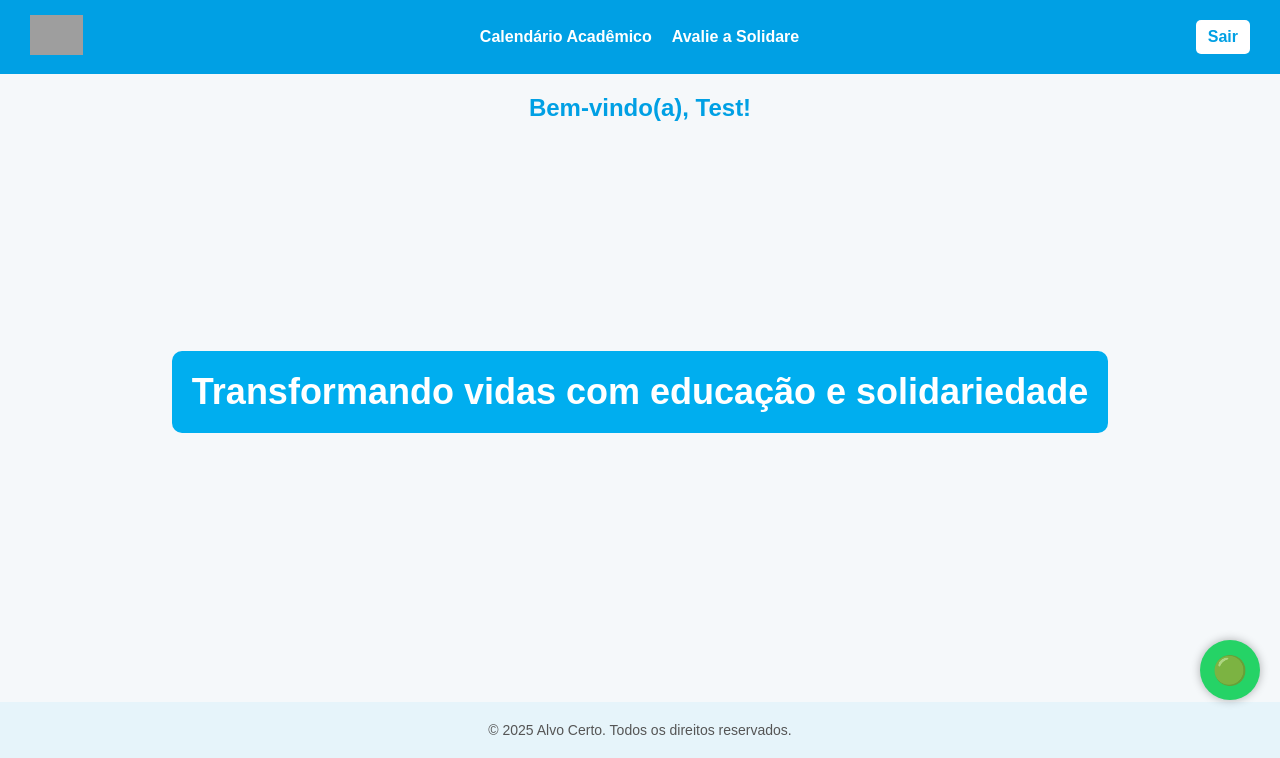
Repository: Guilherme-burle/Portal-do-Aluno-P2
Page: http://localhost/
These files come from the project's save history. The page is drawn as it stood at one moment and after the next save; the edit follows.
The browser window is 1280 px wide. The pictures show the whole page.
Pictures or frames that could not be fetched are drawn as grey boxes. The page is served by the project's application, run on Django 5.2 (PortaldoAluno/manage.py). A made-up administrator, testuser (Test User, test@example.com), is signed in. Other server files are loaded and not shown.

Above is the page before, as saved 2025-05-16 16:50:27.

### PortaldoAluno/Aplicativo/templates/home.html
<!DOCTYPE html>
<html lang="pt-BR">
<head>
  <meta charset="UTF-8">
  <title>Home - Alvo Certo</title>
  <style>
    * {
      box-sizing: border-box;
    }

    body {
      margin: 0;
      font-family: Arial, sans-serif;
      background-color: #f5f8fa;
    }

    header {
      background-color: #00a0e4;
      padding: 15px 30px;
      display: flex;
      align-items: center;
      justify-content: space-between;
      position: sticky;
      top: 0;
      z-index: 1000;
      flex-wrap: wrap;
    }

    .logo img {
      height: 40px;
    }

    nav ul {
      list-style: none;
      margin: 0;
      padding: 0;
      display: flex;
      gap: 20px;
    }

    nav ul li a {
      color: white;
      text-decoration: none;
      font-weight: bold;
      transition: color 0.3s ease;
    }

    nav ul li a:hover {
      color: #ccefff;
    }

    .auth-buttons {
      display: flex;
      gap: 10px;
    }

    .auth-buttons a {
      background-color: white;
      color: #00a0e4;
      padding: 8px 12px;
      border-radius: 5px;
      text-decoration: none;
      font-weight: bold;
    }

    .auth-buttons a:hover {
      background-color: #e6f4fa;
    }

    .banner {
      background-size: cover;
      background-position: center;
      height: 500px;
      display: flex;
      align-items: center;
      justify-content: center;
      color: white;
      text-align: center;
      animation: zoomIn 20s infinite alternate ease-in-out;
    }

    @keyframes zoomIn {
      from {
        background-size: 100%;
      }
      to {
        background-size: 110%;
      }
    }

    .banner h1 {
      background-color: rgb(0, 174, 239);
      padding: 20px;
      border-radius: 10px;
      font-size: 36px;
    }

    .whatsapp-float {
      position: fixed;
      bottom: 20px;
      right: 20px;
      background-color: #25d366;
      color: white;
      border-radius: 50%;
      width: 60px;
      height: 60px;
      display: flex;
      align-items: center;
      justify-content: center;
      font-size: 28px;
      box-shadow: 0 0 10px rgba(0,0,0,0.3);
      z-index: 999;
      text-decoration: none;
    }

    footer {
      background-color: #e6f4fa;
      text-align: center;
      padding: 20px;
      margin-top: 60px;
      font-size: 14px;
      color: #555;
    }

    @media (max-width: 768px) {
      nav ul {
        flex-wrap: wrap;
        gap: 10px;
        margin-top: 10px;
      }

      .auth-buttons {
        margin-top: 10px;
      }

      .banner h1 {
        font-size: 24px;
        padding: 10px;
      }
    }
  </style>
</head>
<body>

  <header>
    <div class="logo">
      <img src="https://i.imgur.com/7H8lMIL.png" alt="Logo Alvo Certo">
    </div>

    <nav>
      <ul>
        {% if user.is_authenticated %}
        <li><a href="{% url 'calendario' %}">Calendário Acadêmico</a></li>
        <li><a href="{% url 'avaliacao' %}">Avalie a Solidare</a></li>
        {% endif %}
      </ul>
    </nav>

    <div class="auth-buttons">
      {% if user.is_authenticated %}
        <a href="{% url 'logout' %}">Sair</a>
      {% else %}
        <a href="{% url 'login' %}">Login</a>
        <a href="{% url 'cadastro' %}">Cadastro</a>
      {% endif %}
    </div>
  </header>

  {% if user.is_authenticated %}
  <h2 style="text-align: center; color: #00a0e4; margin-top: 20px;">
    Bem-vindo(a), {{ user.first_name|default:"usuário" }}!
  </h2>
  {% endif %}

  <section class="banner">
    <h1>Transformando vidas com educação e solidariedade</h1>
  </section>

  <a class="whatsapp-float" href="https://wa.me/5581932514480" target="_blank" title="Fale conosco no WhatsApp">
    🟢
  </a>

  <footer>
    © 2025 Alvo Certo. Todos os direitos reservados.
  </footer>

</body>
</html>

### PortaldoAluno/Aplicativo/decorators.py
from django.shortcuts import redirect

def login_required(view_func):
    def wrapper(request, *args, **kwargs):
        if not request.user.is_authenticated:
            return redirect('login')
        return view_func(request, *args, **kwargs)
    return wrapper

### PortaldoAluno/Aplicativo/views.py
from django.contrib.auth import logout
from django.contrib.auth.models import User
from django.shortcuts import render, redirect, get_object_or_404
from django.contrib.auth import authenticate, login as auth_login
from .models import Aluno, Avaliacao, EventoCalendario
from django.contrib import messages
from django.urls import reverse
from .decorators import login_required
from django.contrib.auth.hashers import make_password
from datetime import datetime
from datetime import date

@login_required
def home(request):
    return render(request, 'home.html')

@login_required
def home_adm(request):
    alunos = Aluno.objects.all()
    return render(request, 'homeadm.html', {'alunos': alunos})

def cadastro(request):
    if request.method == 'POST':
        nome = request.POST.get('nome')
        email = request.POST.get('email')
        senha = request.POST.get('senha')
        is_admin = request.POST.get('is_admin') == 'on'

        print(f"Nome: {nome}")
        print(f"E-mail: {email}")
        print(f"Senha: {senha}")
        print(f"Administrador: {is_admin}")

        if User.objects.filter(email=email).exists():
            return render(request, 'cadastro.html', {'mensagem': 'E-mail já está em uso.'})

        try:
            user = User.objects.create_user(
                username=email,
                email=email,
                password=senha,
                first_name=nome,
                is_superuser=is_admin,
                is_staff=is_admin
            )
            user.save()

            print(f"Usuário {user.username} cadastrado com sucesso!")

            return redirect('login')

        except Exception as e:
            print(f"Erro ao criar o usuário: {e}")
            return render(request, 'cadastro.html', {
                'mensagem': 'Erro ao cadastrar o usuário. Tente novamente.',
                'tipo_mensagem': 'error'
            })

    return render(request, 'cadastro.html')

def login(request):
    if request.method == 'POST':
        username = request.POST.get('username')
        password = request.POST.get('password')

        print(f"Username: {username}, Password: {password}")
        user = authenticate(request, username=username, password=password)

        if user:
            print("Usuário autenticado!")
            auth_login(request, user)
            return redirect('homeadm') if user.is_staff else redirect('home')
        else:
            print("Dados inválidos")
            return render(request, 'login.html', {'erro': 'Credenciais inválidas'})

    return render(request, 'login.html')

@login_required
def logout_view(request):
    logout(request)
    return redirect('home')

@login_required
def add_aluno(request):
    if request.method == 'POST':
        nome = request.POST.get('nome')
        data_nascimento = request.POST.get('data_nascimento')
        escolaridade = request.POST.get('escolaridade')
        turno = request.POST.get('turno')
        escola = request.POST.get('escola')
        endereco = request.POST.get('endereco')
        bairro = request.POST.get('bairro')
        telefone = request.POST.get('telefone')
        curso = request.POST.get('curso')

        if not all([nome, data_nascimento, escolaridade, turno, escola, endereco, bairro, telefone, curso]):
            return render(request, 'add.html', {'erro': 'Todos os campos são obrigatórios'})

        aluno = Aluno.objects.create(
            nome=nome,
            data_nascimento=data_nascimento,
            escolaridade=escolaridade,
            turno=turno,
            escola=escola,
            endereco=endereco,
            bairro=bairro,
            telefone=telefone,
            curso=curso,
        )

        aluno.save()

        messages.success(request, 'Aluno cadastrado com sucesso!')
        return render(request, 'add.html')

    return render(request, 'add.html')

@login_required
def ver(request):
    alunos = Aluno.objects.all()

    return render(request, 'ver.html', {'alunos': alunos})

@login_required
def deletar_alunos(request, aluno_id):
    aluno = get_object_or_404(Aluno, id=aluno_id)
    aluno.delete()
    return redirect(request.META.get('HTTP_REFERER', 'ver'))

@login_required
def editar_alunos(request, aluno_id):
    aluno = get_object_or_404(Aluno, id=aluno_id)

    if request.method == 'POST':
        nome = request.POST.get('nome')
        data_nascimento = request.POST.get('data_nascimento')
        escolaridade = request.POST.get('escolaridade')
        turno = request.POST.get('turno')
        escola = request.POST.get('escola')
        endereco = request.POST.get('endereco')
        bairro = request.POST.get('bairro')
        telefone = request.POST.get('telefone')
        curso = request.POST.get('curso')

        alterado = (
            nome != aluno.nome or
            data_nascimento != str(aluno.data_nascimento) or
            escolaridade != aluno.escolaridade or
            turno != aluno.turno or
            escola != aluno.escola or
            endereco != aluno.endereco or
            bairro != aluno.bairro or
            telefone != aluno.telefone or
            curso != aluno.curso
        )

        if alterado:
            aluno.nome = nome
            aluno.data_nascimento = data_nascimento
            aluno.escolaridade = escolaridade
            aluno.turno = turno
            aluno.escola = escola
            aluno.endereco = endereco
            aluno.bairro = bairro
            aluno.telefone = telefone
            aluno.curso = curso
            aluno.save()
            messages.success(request, 'Informações atualizadas com sucesso!')
        else:
            messages.error(request, 'Você precisa alterar alguma informação.')

    return render(request, 'editar.html', {'aluno': aluno})

@login_required
def avaliar_solidare(request):
    if request.method == 'POST':
        pergunta_1 = request.POST.get('pergunta_1')
        pergunta_2 = request.POST.get('pergunta_2')
        pergunta_3 = request.POST.get('pergunta_3')
        sugestao = request.POST.get('sugestao', '')

        if not all([pergunta_1, pergunta_2, pergunta_3]):
            messages.error(request, 'Responda todos os campos.')
            return render(request, 'avaliacao.html')

        Avaliacao.objects.create(
            pergunta_1=pergunta_1,
            pergunta_2=pergunta_2,
            pergunta_3=pergunta_3,
            sugestao=sugestao
        )
        messages.success(request, 'Avaliação enviada com sucesso!')

    return render(request, 'avaliacao.html')

@login_required
def calendario(request):
    hoje = date.today()
    eventos = EventoCalendario.objects.filter(user=request.user).order_by('data')
    meses = ["Janeiro", "Fevereiro", "Março", "Abril", "Maio", "Junho", "Julho", "Agosto", "Setembro", "Outubro", "Novembro", "Dezembro"]
    dias_semana = ["Dom", "Seg", "Ter", "Qua", "Qui", "Sex", "Sab"]
    contexto = {
        'meses': meses,
        'dias_semana': dias_semana,
        'eventos': eventos,
        'ano_atual': hoje.year,
        'mes_atual': hoje.month - 1
    }
    return render(request, 'calendario.html', contexto)

@login_required
def add_eventos(request):
    data = request.GET.get('data')

    if request.method == 'POST':
        nome = request.POST.get('nome')
        descricao = request.POST.get('descricao')


        if nome and data:
            EventoCalendario.objects.create(nome=nome, data=data, descricao=descricao, user=request.user)
            from django.contrib import messages
            messages.success(request, "Evento adicionado com sucesso!")
            return redirect('calendario')
        else:
            return render(request, 'add_eventos.html', {'erro': 'Dados incompletos.', 'data': data})

    if not data:
        return render(request, 'erro.html', {'mensagem': 'Data não informada.'})

    return render(request, 'add_eventos.html', {'data': data})

### PortaldoAluno/projeto/urls.py
"""
URL configuration for portal project.

The `urlpatterns` list routes URLs to views. For more information please see:
    https://docs.djangoproject.com/en/5.2/topics/http/urls/
Examples:
Function views
    1. Add an import:  from my_app import views
    2. Add a URL to urlpatterns:  path('', views.home, name='home')
Class-based views
    1. Add an import:  from other_app.views import Home
    2. Add a URL to urlpatterns:  path('', Home.as_view(), name='home')
Including another URLconf
    1. Import the include() function: from django.urls import include, path
    2. Add a URL to urlpatterns:  path('blog/', include('blog.urls'))
"""
from django.contrib import admin
from django.urls import path, include

urlpatterns = [
    path('admin/', admin.site.urls),
    path('', include('Aplicativo.urls')),
]

### PortaldoAluno/Aplicativo/urls.py
from django.urls import path
from . import views

urlpatterns = [
    path('', views.home, name='home'),
    path('login/', views.login, name='login'),
    path('logout/', views.logout_view, name='logout'),
    path('cadastro/', views.cadastro, name='cadastro'),
    path('add/', views.add_aluno, name='add'),
    path('homeadm/', views.home_adm, name='homeadm'),
    path('ver/', views.ver, name='ver'),
    path('ver/<int:aluno_id>/deletar', views.deletar_alunos, name='deletar'),
    path('ver/<int:aluno_id>/editar', views.editar_alunos, name='editar'),
    path('avaliacao/', views.avaliar_solidare, name='avaliacao'),
    path('calendario/', views.calendario, name='calendario'),
    path('add_eventos/', views.add_eventos, name='add_eventos'),
]

After the next save:
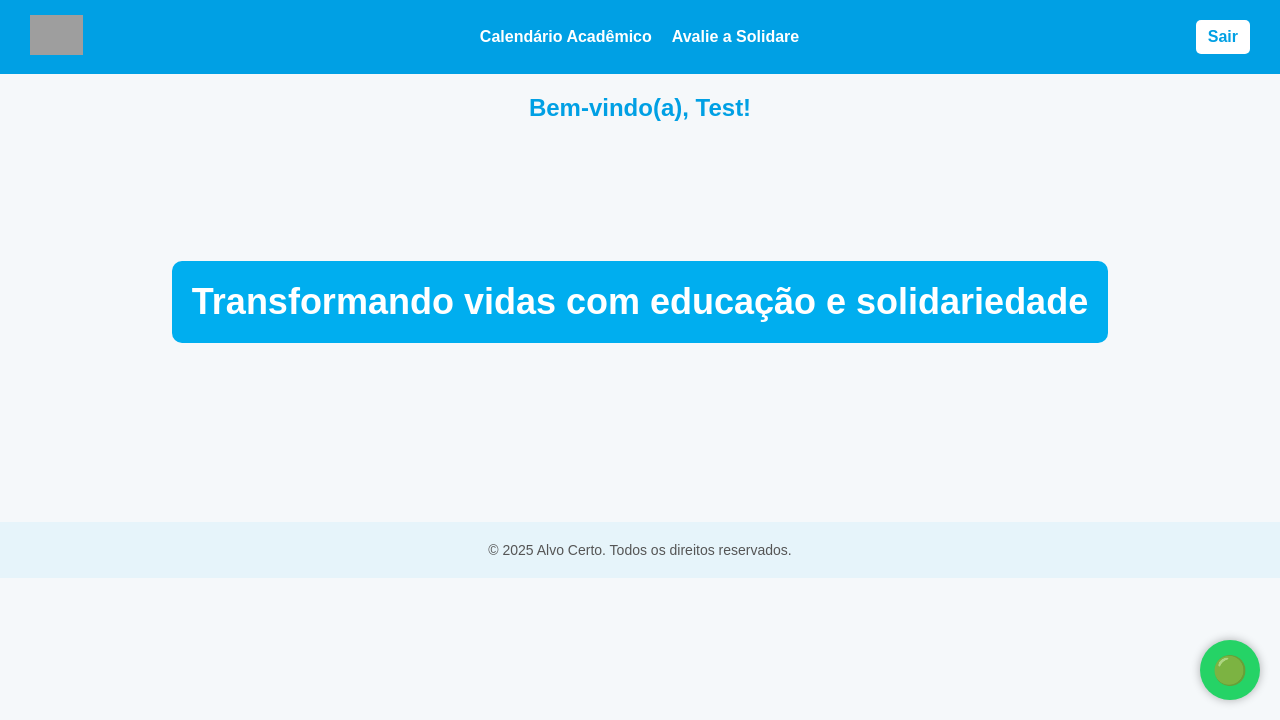
Saved 6 s later.
--- a/PortaldoAluno/Aplicativo/templates/home.html
+++ b/PortaldoAluno/Aplicativo/templates/home.html
@@ -70,7 +70,7 @@
     .banner {
       background-size: cover;
       background-position: center;
-      height: 500px;
+      height: 320px;
       display: flex;
       align-items: center;
       justify-content: center;
